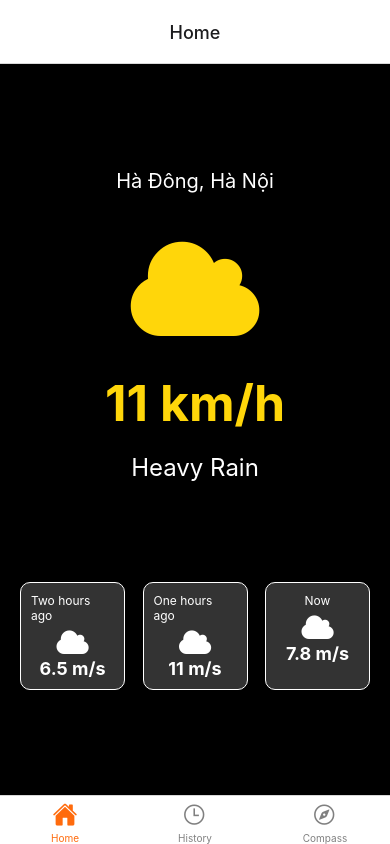
Repository: duongnoob23/WIND_SPEED_IOT
Screen: /
These files come from the project's save history. The screen is drawn as it stood at one moment and after the next save; the edit follows.
The app was drawn by React Native's web renderer in a window 390 px wide. The project was rebuilt for these pictures with package versions that can differ from the ones it lists, and the page was loaded fresh each time. Also part of the build but not shown: src/page/screens/HomeScreen.js, src/page/screens/Compass.js.

Above is the screen before, as saved 2025-03-11 22:13:44.

After the next save:
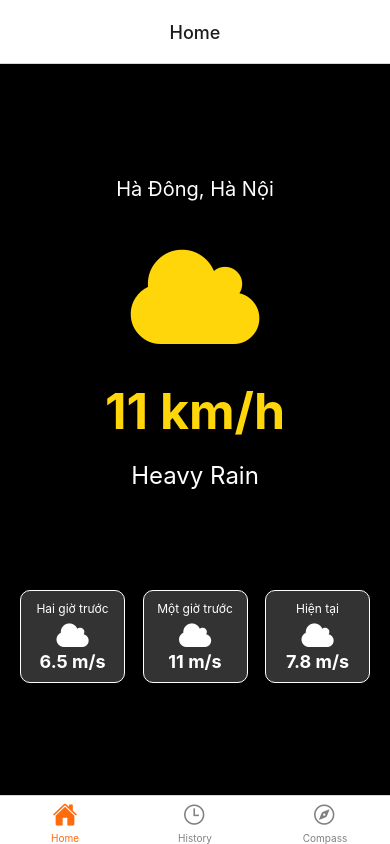
Saved 28 s later.
--- a/src/page/screens/WindScreen.js
+++ b/src/page/screens/WindScreen.js
@@ -10,9 +10,9 @@ const WindScreen = () => {
   const currentWindSpeed = 11; // m/s (theo hình ảnh)
   const windLevel = "Heavy Rain"; // Theo hình ảnh
   const forecastData = [
-    { day: "Two hours ago", speed: 6.5, icon: "cloud" },
-    { day: "One hours ago", speed: 11, icon: "cloud" },
-    { day: "Now", speed: 7.8, icon: "cloud" },
+    { day: "Hai giờ trước", speed: 6.5, icon: "cloud" },
+    { day: "Một giờ trước", speed: 11, icon: "cloud" },
+    { day: "Hiện tại", speed: 7.8, icon: "cloud" },
   ];
 
   // Hiệu ứng rung cho icon
